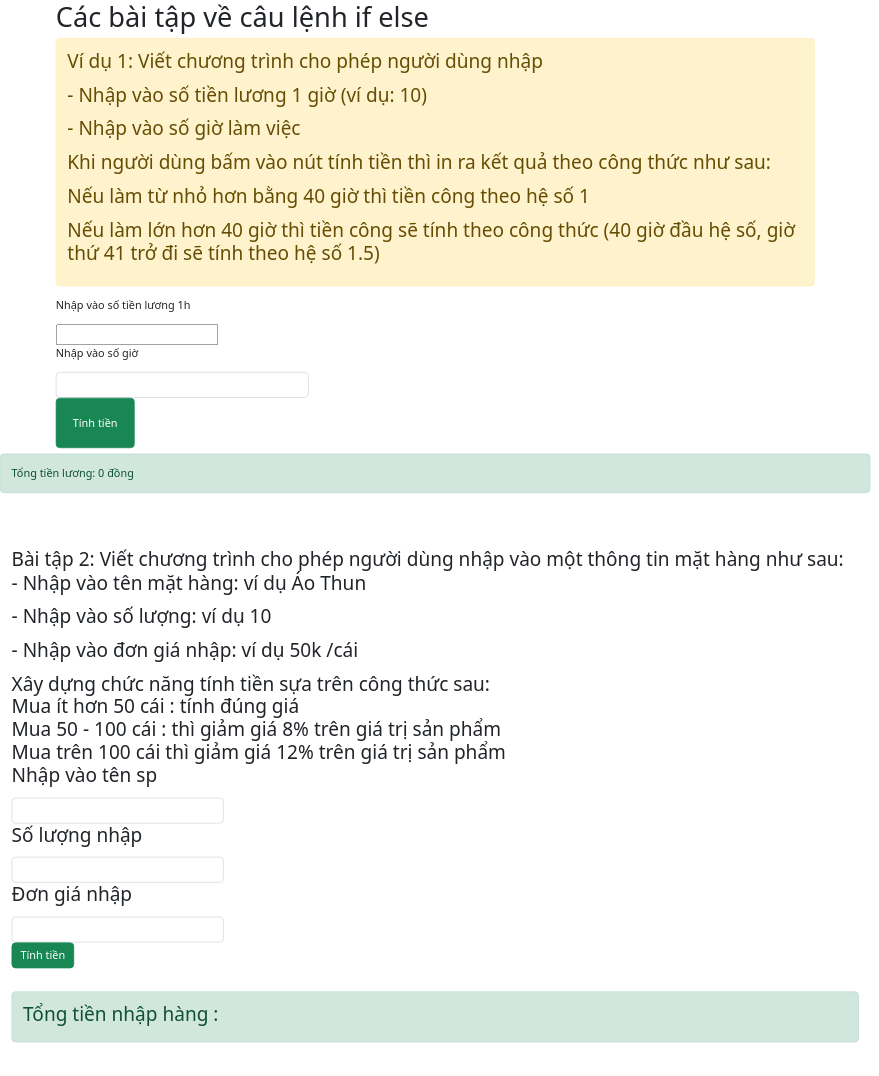
Repository: hcozyph/cyberSoft_JS_fulldocs
Page: JS_4/index.html
An editor plug-in stored every save of this project. The page is shown before and after the next save, followed by the edit.
The browser window is 1280 px wide. The page is 1280 px wide, then 1292 px, so the pictures cover 1292 px, including what lies to the right of the window. The pictures show the whole page, at 68% of full size.

Above is the page before, as saved 2023-02-03 20:38:13.

### JS_4/index.html
<!DOCTYPE html>
<html lang="en">
    <head>
        <title>Title</title>
        <!-- Required meta tags -->
        <meta charset="utf-8" />
        <meta
            name="viewport"
            content="width=device-width, initial-scale=1, shrink-to-fit=no"
        />

        <!-- Bootstrap CSS v5.2.1 -->
        <link
            href="https://cdn.jsdelivr.net/npm/bootstrap@5.2.1/dist/css/bootstrap.min.css"
            rel="stylesheet"
            integrity="sha384-iYQeCzEYFbKjA/T2uDLTpkwGzCiq6soy8tYaI1GyVh/UjpbCx/TYkiZhlZB6+fzT"
            crossorigin="anonymous"
        />

        <!-- link index.css -->
        <link rel="stylesheet" href="./CSS/index.css" />
    </head>

    <body>
        <div class="container">
            <h1>Các bài tập về câu lệnh if else</h1>
            <h3 class="alert alert-warning">
                <p>Ví dụ 1: Viết chương trình cho phép người dùng nhập</p>

                <p>- Nhập vào số tiền lương 1 giờ (ví dụ: 10)</p>

                <p>- Nhập vào số giờ làm việc</p>

                <p>
                    Khi người dùng bấm vào nút tính tiền thì in ra kết quả theo
                    công thức như sau:
                </p>

                <p>Nếu làm từ nhỏ hơn bằng 40 giờ thì tiền công theo hệ số 1</p>

                <p>
                    Nếu làm lớn hơn 40 giờ thì tiền công sẽ tính theo công thức
                    (40 giờ đầu hệ số, giờ thứ 41 trở đi sẽ tính theo hệ số 1.5)
                </p>
            </h3>

            <div class="from-group-row">
                <div class="col-4">
                    <p>Nhập vào số tiền lương 1h</p>
                    <input type="" id="tienLuong1h" class="from-control" />
                </div>

                <div class="col-4">
                    <p>Nhập vào số giờ</p>
                    <input type="text" id="soGioLam" class="form-control" />
                </div>

                <div class="col-4">
                    <button
                        id="btnTinhTien"
                        class="btn btn-success d-inline-block p-4"
                        onclick="tinhTienLuong()"
                    >
                        Tính tiền
                    </button>
                </div>
            </div>
        </div>

        <div class="form-group mt-2">
            <p class="alert alert-success">
                Tổng tiền lương: <span id="tongLuong">0 đồng</span>
            </p>
        </div>

        <br />
        <br />

        <h3 class="alert alert-morning">
            Bài tập 2: Viết chương trình cho phép người dùng nhập vào một thông
            tin mặt hàng như sau:

            <p>- Nhập vào tên mặt hàng: ví dụ Áo Thun</p>

            <p>- Nhập vào số lượng: ví dụ 10</p>

            <p>- Nhập vào đơn giá nhập: ví dụ 50k /cái</p>

            Xây dựng chức năng tính tiền sựa trên công thức sau:
            <br />
            Mua ít hơn 50 cái : tính đúng giá
            <br />
            Mua 50 - 100 cái : thì giảm giá 8% trên giá trị sản phẩm
            <br />
            Mua trên 100 cái thì giảm giá 12% trên giá trị sản phẩm

            <div class="form-group-row">
                <div class="col-3">
                    <p>Nhập vào tên sp</p>
                    <input
                        type="text"
                        name=""
                        id="tenSanPham"
                        class="form-control"
                    />
                </div>

                <div class="col-3">
                    <p>Số lượng nhập</p>
                    <input
                        type="text"
                        name=""
                        id="soLuongNhap"
                        class="form-control"
                    />
                </div>

                <div class="col-3">
                    <p>Đơn giá nhập</p>
                    <input
                        type="text"
                        name=""
                        id="soLuongNhap"
                        class="form-control"
                    />
                </div>

                <div class="col-3">
                    <button
                        id="btnTinhTienHang"
                        class="btn btn-success"
                        onclick="tinhTienHang()"
                    >
                        Tính tiền
                    </button>
                </div>
            </div>

            <br />

            <div class="alert alert-success">
                <h3>Tổng tiền nhập hàng : <span id="tongTienHang"></span></h3>
            </div>
        </h3>

        <!-- Bootstrap JavaScript Libraries -->
        <script
            src="https://cdn.jsdelivr.net/npm/@popperjs/core@2.11.6/dist/umd/popper.min.js"
            integrity="sha384-oBqDVmMz9ATKxIep9tiCxS/Z9fNfEXiDAYTujMAeBAsjFuCZSmKbSSUnQlmh/jp3"
            crossorigin="anonymous"
        ></script>

        <script
            src="https://cdn.jsdelivr.net/npm/bootstrap@5.2.1/dist/js/bootstrap.min.js"
            integrity="sha384-7VPbUDkoPSGFnVtYi0QogXtr74QeVeeIs99Qfg5YCF+TidwNdjvaKZX19NZ/e6oz"
            crossorigin="anonymous"
        ></script>

        <!-- link index.js -->
        <script src="./JS/index.js"></script>
    </body>
</html>

### JS_4/JS/index.js
/////// TOÁN TỬ LUẬN LÝ
//Ví dụ 1: về TRUE & FALSE
var number1 = '10';
var number2 = 10;

/// '==' : bằng
console.log('==', number1 == number2);

/// '!=' : khác
console.log('!==', number1 != number2);

/// '===' : so sánh bằng giá trị trước và kiểu dữ liệu
console.log ('===', number1 === number2);

/// '!==' : khác và khác kiểu dữ liệu
console.log ('!==', number1 !== number2);

/// '>' : lớn hơn
console.log ('>', number1 > number2 );

/// '>=' : lớn hơn hoặc bằng
console.log ('>=', number1 >= number2 );

/////// TOÁN TỬ SO SÁNH

var bieuThucA = true;
var bieuThucB = true;
var bieuThucC = false;


/// '!' : phủ định
console.log ('phủ định', !bieuThucA)

/// '&&' : và - tất cả phải đều đúng
console.log ('và', bieuThucA && bieuThucB) //true

console.log ('và', bieuThucA && bieuThucB && bieuThucC) //false

/// '||' : hoặc - chỉ cần 1 biểu thức đúng
console.log ('và', bieuThucA || bieuThucB && bieuThucC) //false


///////////// IF

//Ví dụ 2: Tính điểm thi , xếp loại

//input
var dtb = 5 ;
var hanhKiem = 5;

//output
var ketQua = '';

//Viết chương trình xem sinh viên có đậu hay không, nếu đạu in ra console.log('Đậu'). Biết rằng trung bình trên 5 và hanhKiem trên 5 thì mới đậu

if (dtb >= 5 && hanhKiem >= 5) {
    console.log ('Đậu');
};
// else {
//     ketqua = 'Rớt'

function tinhTienLuong () {
    // input
    var tienLuong1h = document.getElementById('tienLuong1h').value;
    var soGioLam = document.getElementById('soGioLam').value;

    //output
    var tongLuong = 0;

    // process
    if (soGioLam <= 40) {
        tongLuong = soGioLam * tienLuong1h;}

    else {
        tongLuong = (soGioLam - 40) * 1.5 * tienLuong1h + soGioLam * tienLuong1h;
        console.log(tongLuong)
    };

    document.getElementById('tongLuong').innerHTML = tongLuong;
};


// var btn = document.getElementById('btnTinhTien');
// btn.onclick = tinhTienLuong;


/////BT 2:

function tinhTienHang () {
    // input
    var tenSanPham = document.getElementById('tenSanPham');

    var soLuongNhap = document.getElementById('soLuongNhap').value;

    var donGiaNhap = document.getElementById('donGiaNhap').value;

    //output
    var tongTienHang = 0;

    // process

    if (soLuongNhap < 50) {
        tongTienHang = soLuongNhap * donGiaNhap
    } else if (soLuongNhap > 100) {
        tongTienHang = soLuongNhap * donGiaNhap * 0.92
    } else {
        tongTienHang = soLuongNhap * donGiaNhap * 0.88
    }

    document.getElementById('tongTienHang').innerHTML = tongTienHang;

}

Loaded but not shown: JS_4/CSS/index.css (no stored copy; drawn as an empty file)

After the next save:
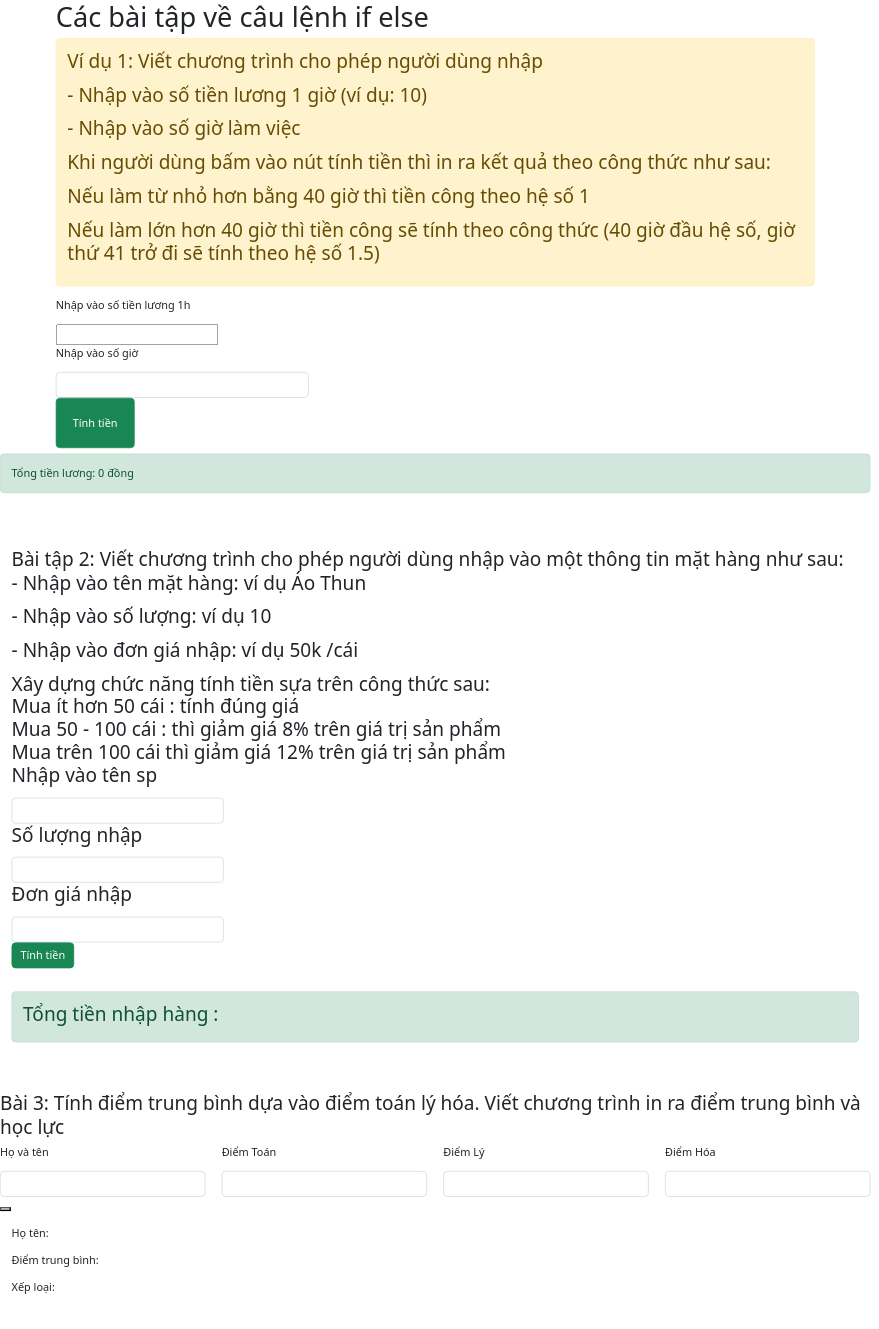
Saved 36 h 22 min later.
--- a/JS_4/index.html
+++ b/JS_4/index.html
@@ -142,6 +142,46 @@
                 <h3>Tổng tiền nhập hàng : <span id="tongTienHang"></span></h3>
             </div>
         </h3>
+        <br />
+
+        <h3>
+            Bài 3: Tính điểm trung bình dựa vào điểm toán lý hóa. Viết chương
+            trình in ra điểm trung bình và học lực
+        </h3>
+
+        <div class="form-group row">
+            <div class="col-3">
+                <p>Họ và tên</p>
+                <input type="text" class="form-control" id="hoVaTen" />
+            </div>
+
+            <div class="col-3">
+                <p>Điểm Toán</p>
+                <input type="text" class="form-control" id="diemToan" />
+            </div>
+
+            <div class="col-3">
+                <p>Điểm Lý</p>
+                <input type="text" class="form-control" id="diemLy" />
+            </div>
+
+            <div class="col-3">
+                <p>Điểm Hóa</p>
+                <input type="text" class="form-control" id="diemHoa" />
+            </div>
+        </div>
+
+        <div class="form-group">
+            <button id="btnXepLoai"></button>
+        </div>
+
+        <div class="alert alert-sucecss">
+            <p>Họ tên: <span id="out-put-ho-ten"></span></p>
+
+            <p>Điểm trung bình: <span id="out-put-diem-trung-binh"></span></p>
+
+            <p>Xếp loại: <span id="out-put-xep-loai"></span></p>
+        </div>
 
         <!-- Bootstrap JavaScript Libraries -->
         <script
